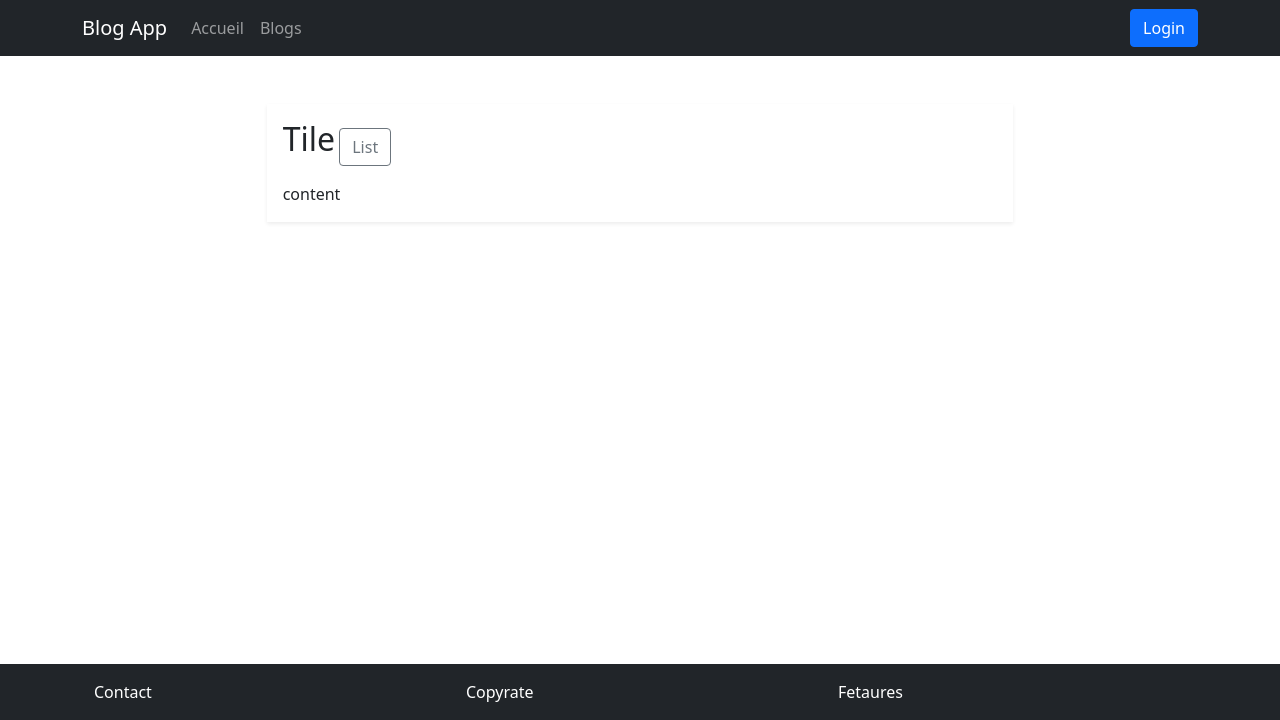
Repository: FS-23/laravel-blog-app
Page: http://localhost/blog/detail
An editor plug-in stored every save of this project. The page is shown before and after the next save, followed by the edit.
The browser window is 1280 px wide. The pictures show the whole page.
The page is served by the project's Laravel application, run on PHP 8.4 with Laravel 9.

Above is the page before, as saved 2022-06-07 13:42:45.

After the next save:
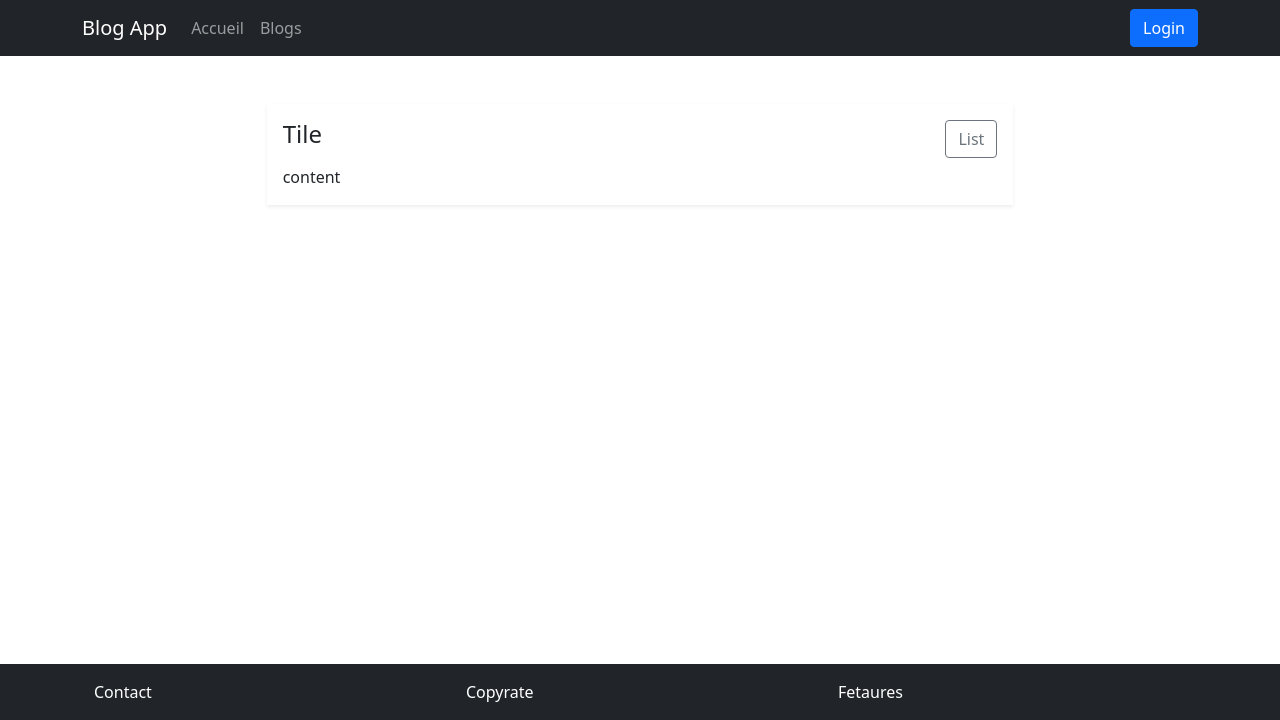
Saved 17 s later.
--- a/BlogApp/resources/views/blog/detail.blade.php
+++ b/BlogApp/resources/views/blog/detail.blade.php
@@ -3,8 +3,8 @@
 @section('content')
     <div class="col-7 mt-5 m-auto shadow-sm p-3">
            <div>
-               <strong class="h2">Tile</strong>
-               <button class="btn btn-outline-secondary">List</button>
+               <strong class="h4">Tile</strong>
+               <button class="btn btn-outline-secondary float-end">List</button>
            </div>
            <div class="mt-3">
                content
